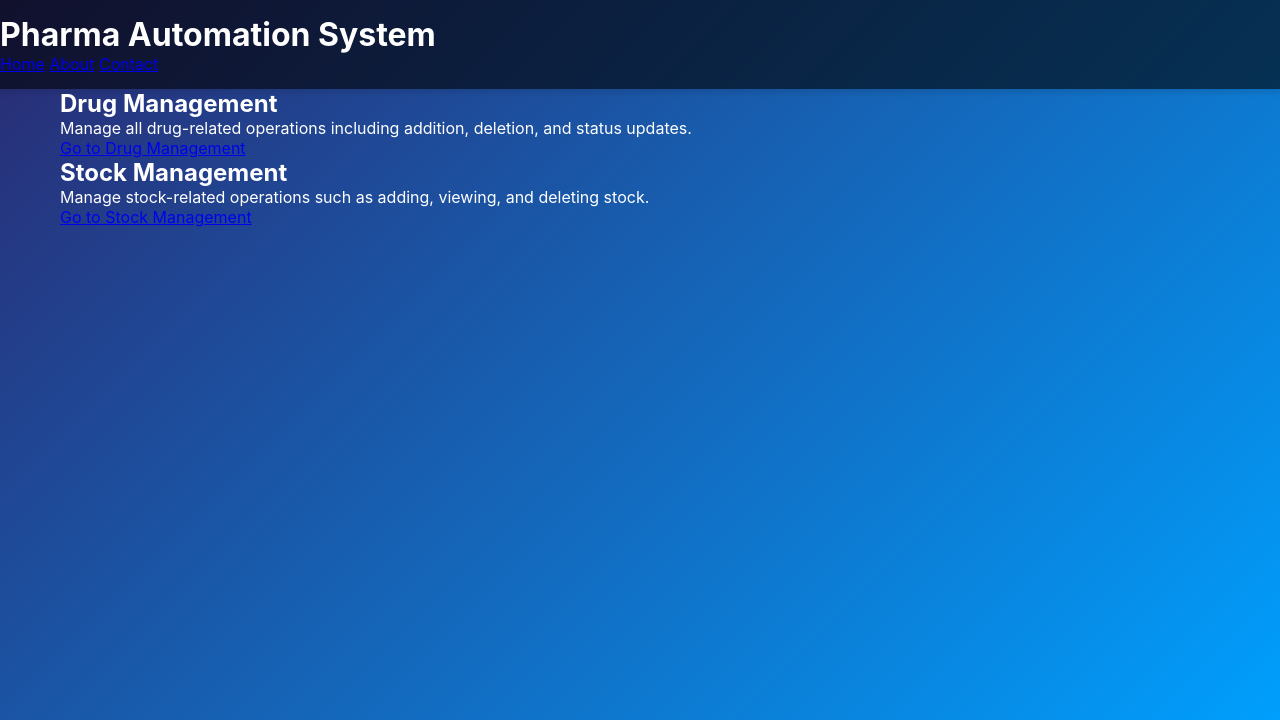
Repository: Clarrieous/Infosys-intern
Page: http://localhost/home
The author's editor kept a copy of each file at every save. The page is drawn from the files as they stood at one save, then again after the next save.
The browser window is 1280 px wide. The pictures show the whole page.
The page is this project's Thymeleaf template; nobody is signed in. The template is opened directly, without the code that normally fills it, so the values that code supplies are empty.

Above is the page before, as saved 2024-12-08 18:47:25.

After the next save:
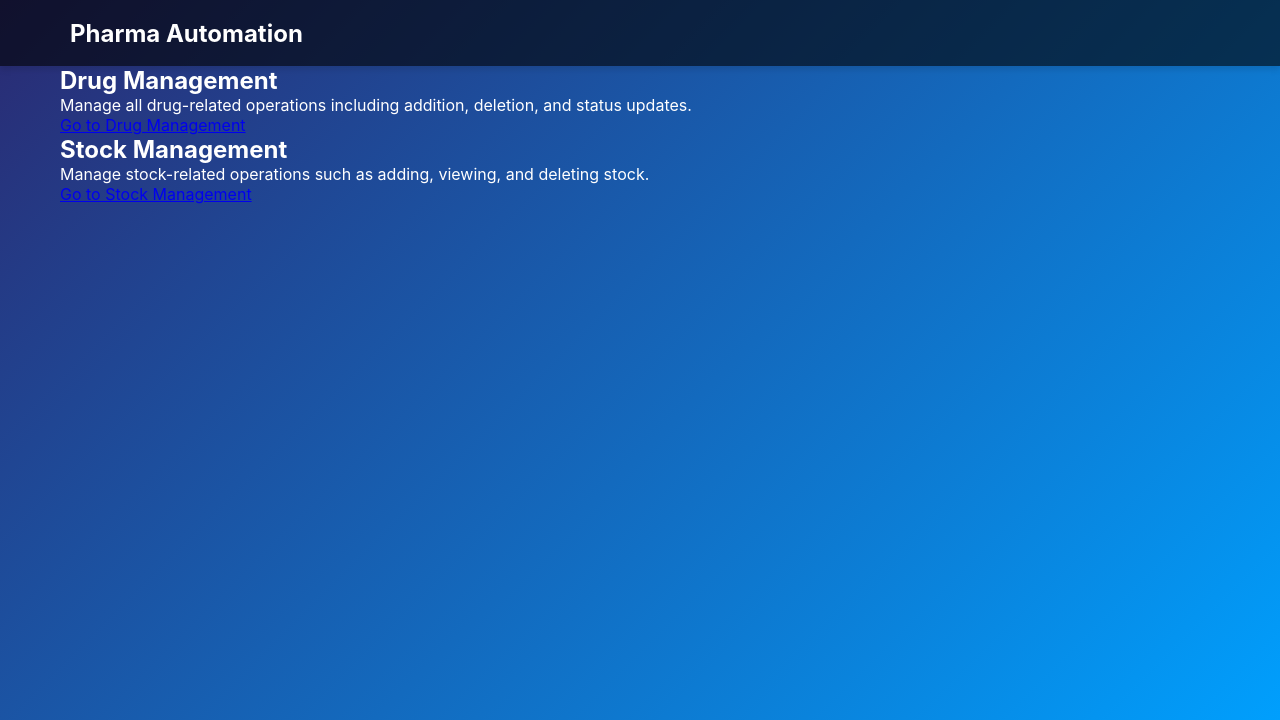
Saved 62 s later.
--- a/ClientService/src/main/resources/templates/home.html
+++ b/ClientService/src/main/resources/templates/home.html
@@ -181,14 +181,20 @@
 	    </style>
 </head>
 <body>
-    <div class="navbar">
-        <h1>Pharma Automation System</h1>
-        <div>
-            <a th:href="@{/home}">Home</a>
-            <a th:href="@{/about}">About</a>
-            <a th:href="@{/contact}">Contact</a>
-        </div>
-    </div>
+	<nav class="navbar">
+	        <div class="container nav-content">
+	            <div class="logo">
+	                <i class="fas fa-pills"></i>
+	                Pharma Automation
+	            </div>
+	            <ul class="nav-menu">
+	                <li><a th:href="@{/addDrug}"><i class="fas fa-plus-circle"></i>Add Drug</a></li>
+	                <li><a th:href="@{/updateStatus}"><i class="fas fa-sync"></i>Update Status</a></li>
+	                <li><a th:href="@{/viewDrugStatus}"><i class="fas fa-search"></i>View Status</a></li>
+	                <li><a th:href="@{/deleteDrug}"><i class="fas fa-trash-alt"></i>Delete Drug</a></li>
+	            </ul>
+	        </div>
+	    </nav>
 
     <div class="container">
         <div class="card">

After the save that followed:
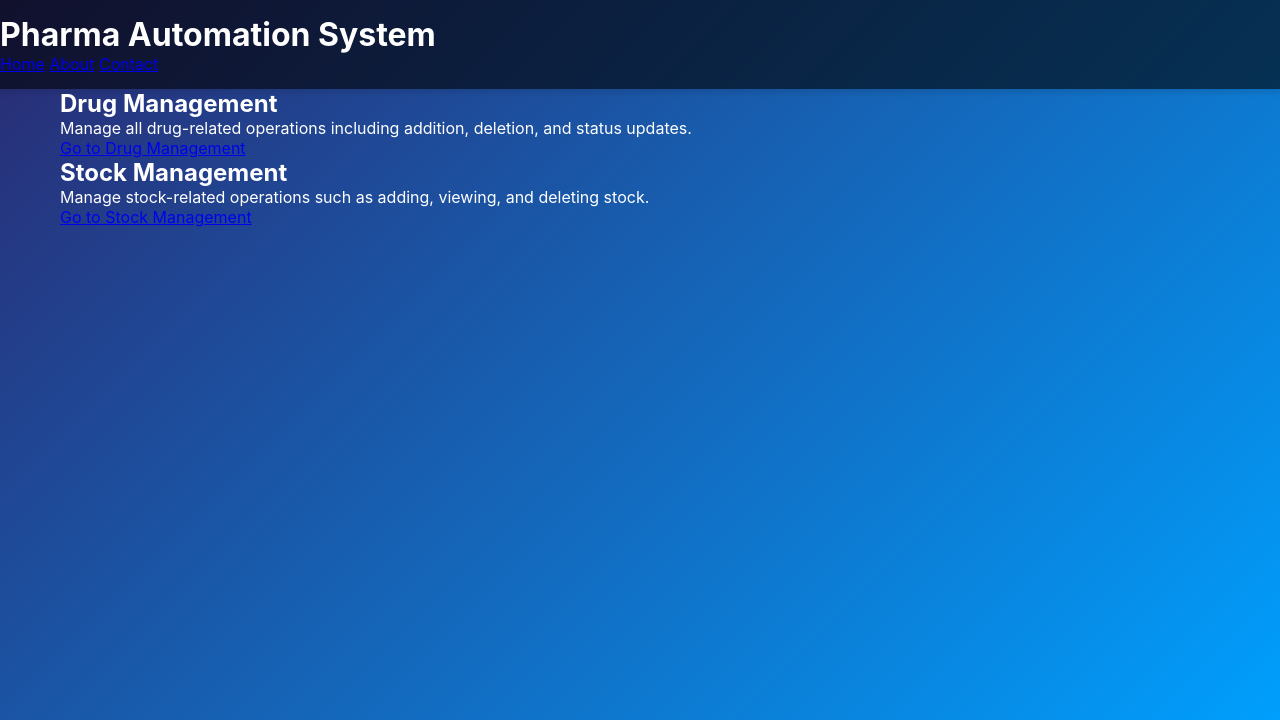
Saved 34 s later.
--- a/ClientService/src/main/resources/templates/home.html
+++ b/ClientService/src/main/resources/templates/home.html
@@ -181,20 +181,14 @@
 	    </style>
 </head>
 <body>
-	<nav class="navbar">
-	        <div class="container nav-content">
-	            <div class="logo">
-	                <i class="fas fa-pills"></i>
-	                Pharma Automation
-	            </div>
-	            <ul class="nav-menu">
-	                <li><a th:href="@{/addDrug}"><i class="fas fa-plus-circle"></i>Add Drug</a></li>
-	                <li><a th:href="@{/updateStatus}"><i class="fas fa-sync"></i>Update Status</a></li>
-	                <li><a th:href="@{/viewDrugStatus}"><i class="fas fa-search"></i>View Status</a></li>
-	                <li><a th:href="@{/deleteDrug}"><i class="fas fa-trash-alt"></i>Delete Drug</a></li>
-	            </ul>
-	        </div>
-	    </nav>
+    <div class="navbar">
+        <h1>Pharma Automation System</h1>
+        <div>
+            <a th:href="@{/home}">Home</a>
+            <a th:href="@{/about}">About</a>
+            <a th:href="@{/contact}">Contact</a>
+        </div>
+    </div>
 
     <div class="container">
         <div class="card">
